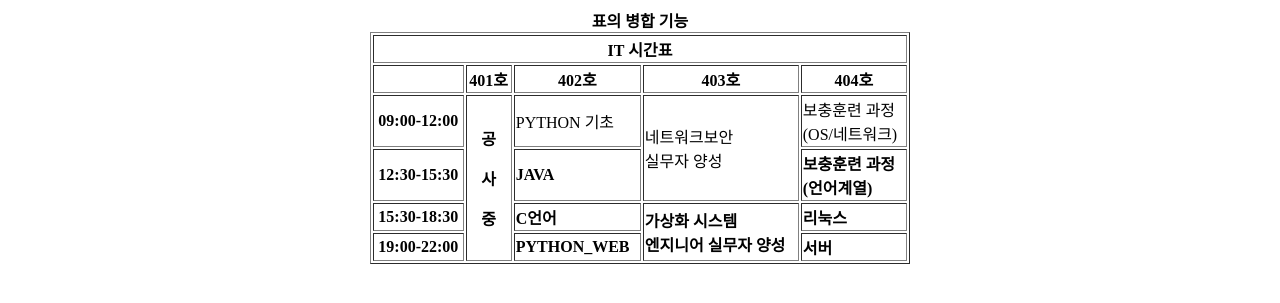
Repository: thswlsqls/JspWorkspace
Page: html/quiz_time.html
These files come from the project's save history. The page is drawn as it stood at one moment and after the next save; the edit follows.
The browser window is 1280 px wide. The pictures show the whole page.

Above is the page before, as saved 2021-04-09 08:54:05.

After the next save:
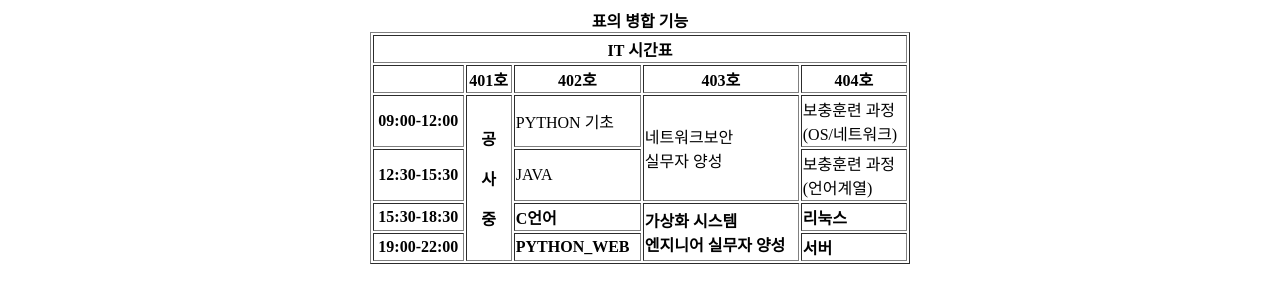
Saved 16 s later.
--- a/html/quiz_time.html
+++ b/html/quiz_time.html
@@ -17,7 +17,7 @@
 			<th align="center">09:00-12:00</th><th rowspan="4"><p>공</p><p>사</p><p>중</p></th><th align="left"  style="font-weight: 500">PYTHON 기초</th><th rowspan="2" align="left" style="font-weight: 500">네트워크보안<br>실무자 양성</th><th align="left" style="font-weight: 500">보충훈련 과정<br>(OS/네트워크)</th>
 		</tr>
 		<tr>
-			<th align="center">12:30-15:30</th><th align="left">JAVA</th><th align="left">보충훈련 과정<br>(언어계열)</th>
+			<th align="center">12:30-15:30</th><th align="left" style="font-weight: 500">JAVA</th><th align="left" style="font-weight: 500">보충훈련 과정<br>(언어계열)</th>
 		</tr>
 		<tr>
 			<th align="center">15:30-18:30</th><th align="left">C언어</th><th rowspan="2" align="left">가상화 시스템<br>엔지니어 실무자 양성</th><th align="left">리눅스</th>
